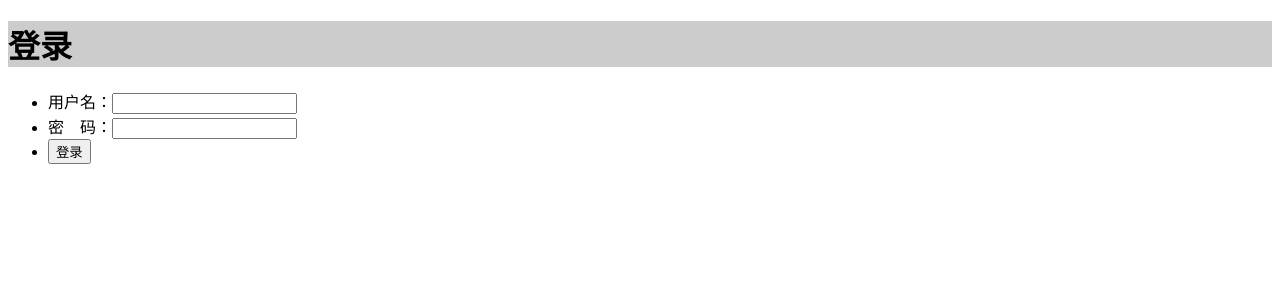
Repository: jiangrongbo/mybatis-blog
Page: http://localhost/exam3/
These files come from the project's save history. The page is drawn as it stood at one moment and after the next save; the edit follows.
The browser window is 1280 px wide. The pictures show the whole page.
The page is served by Tomcat 9. Other server files are loaded and not shown.

Above is the page before, as saved 2015-06-28 13:14:31.

### exam3/WebContent/index.jsp
<%@ page language="java" contentType="text/html; utf-8"  pageEncoding="utf-8"%>
<!DOCTYPE html PUBLIC "-//W3C//DTD HTML 4.01 Transitional//EN" "http://www.w3.org/TR/html4/loose.dtd">
<html>
<head>
<meta http-equiv="Content-Type" content="text/html; utf-8">
<title>登录页面</title>
<style>
#login
{
}
#login h1{
background:#ccc;
}
</style>
</head>
<body>
	<div id="login">
		<h1>登录</h1>
		<ul>
			<li>用户名：<input type="text" name="username"></li>
			<li>密　码：<input type="text" name="password"></li>
			<li><input type="submit" value="登录"></li>
		</ul>
	</div>
</body>
</html>

After the next save:
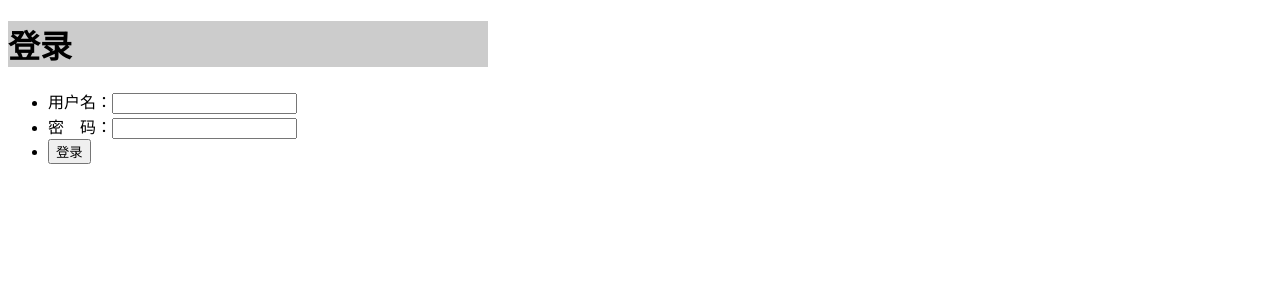
Saved 15 s later.
--- a/exam3/WebContent/index.jsp
+++ b/exam3/WebContent/index.jsp
@@ -7,6 +7,7 @@
 <style>
 #login
 {
+width:480px;
 }
 #login h1{
 background:#ccc;
